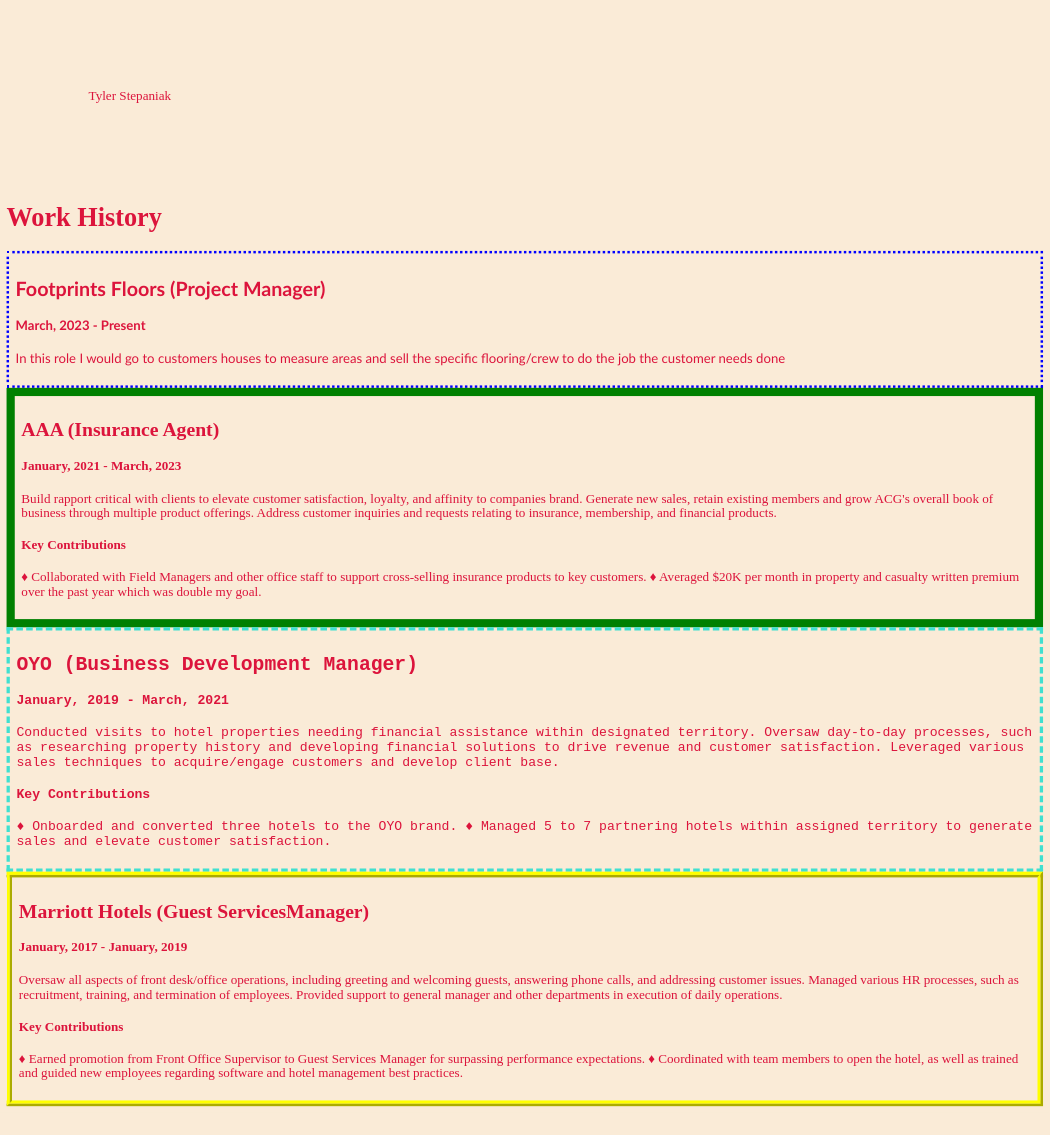
Repository: TEazy2433/LAB-HTML-Resume
Page: index.html
An editor plug-in stored every save of this project. The page is shown before and after the next save, followed by the edit.
The browser window is 1280 px wide. The pictures show the whole page, at 82% of full size.

Above is the page before, as saved 2023-10-11 20:46:09.

After the next save:
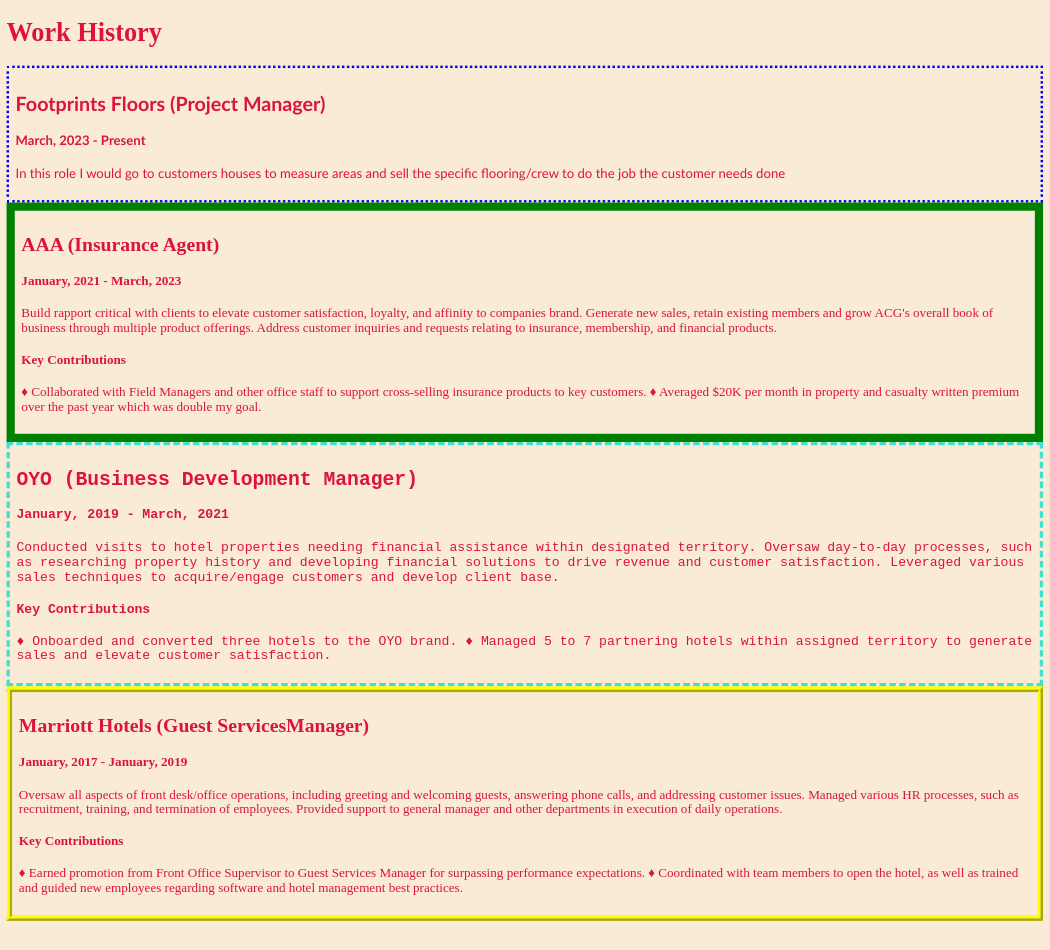
Saved 48 s later.
--- a/index.html
+++ b/index.html
@@ -11,7 +11,8 @@
   <script src="main.js"></script>
   </body>
   </html><html></html>
-    <header>Tyler Stepaniak</header>
+    </header>
+      <title>Tyler Stepaniak</title>
     </head>
       <title>Work History</title>
     </head>
